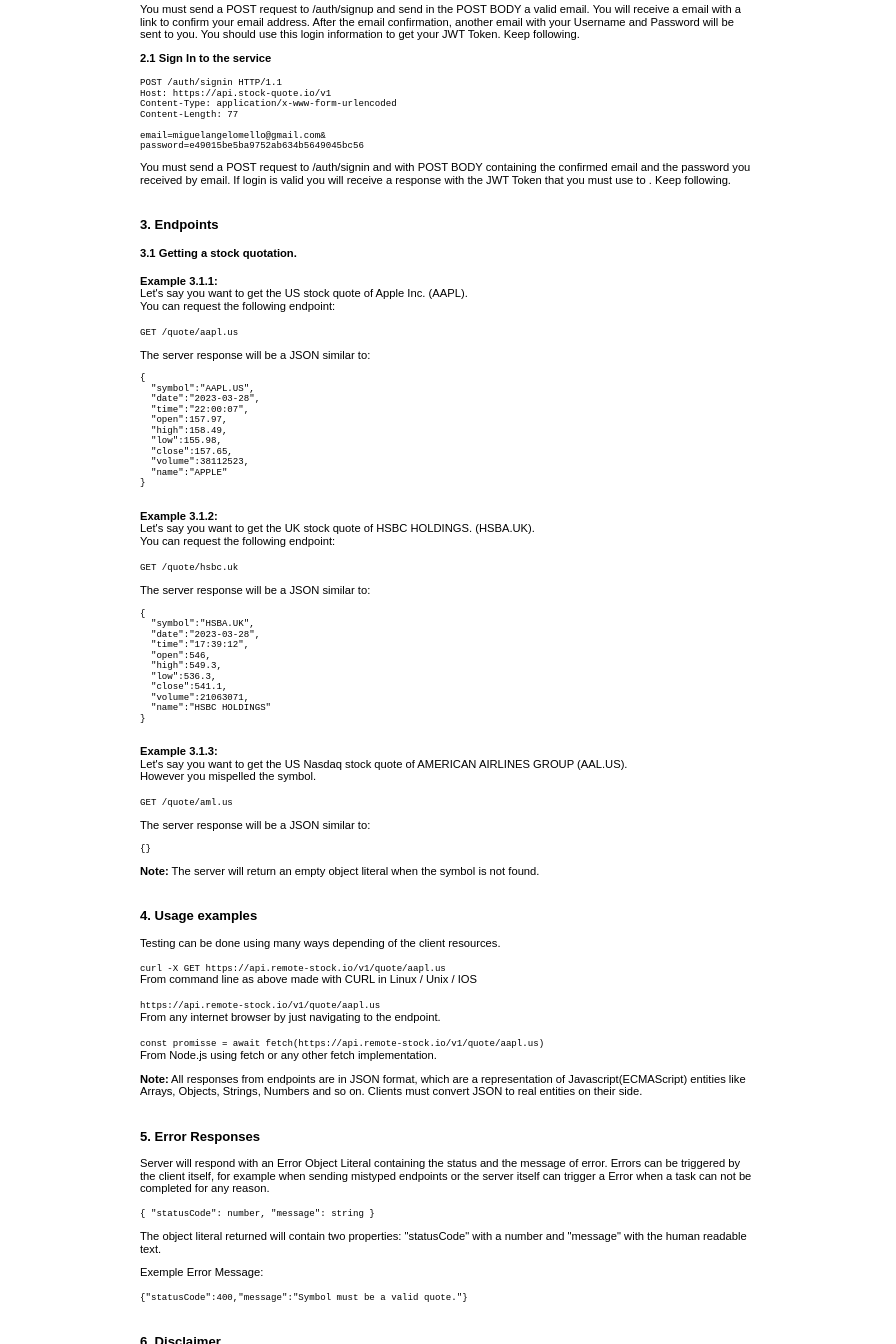
Repository: miguelamello/nest-js
Page: stock-service/documentation.html
The author's editor kept a copy of each file at every save. The page is drawn from the files as they stood at one save, then again after the next save.
The browser window is 1280 px wide. The pictures show the part of the page from y = 579 to 2499 px (the page is 2659 px tall before and 2677 px after), at 70% of full size.

Above is the page before, as saved 2023-04-01 16:08:56.

After the next save:
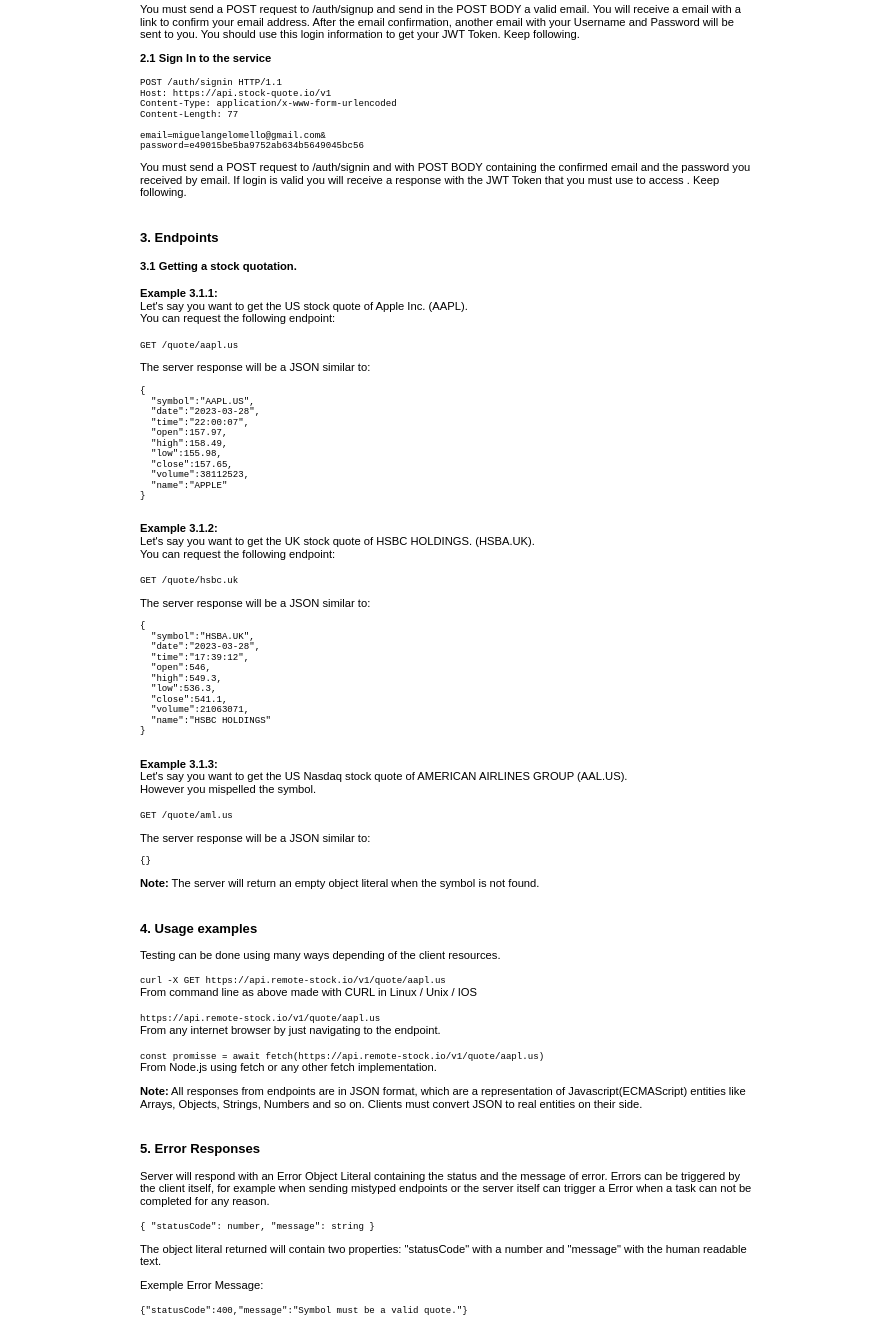
Saved 4 s later.
--- a/stock-service/documentation.html
+++ b/stock-service/documentation.html
@@ -70,7 +70,7 @@ password=e49015be5ba9752ab634b5649045bc56
 
     <div>You must send a POST request to /auth/signin and with POST BODY containing the
       confirmed email and the password you received by email. If login is valid you will
-      receive a response with the JWT Token that you must use to . Keep following.</div>
+      receive a response with the JWT Token that you must use to access . Keep following.</div>
     </div>
   </p>
 
